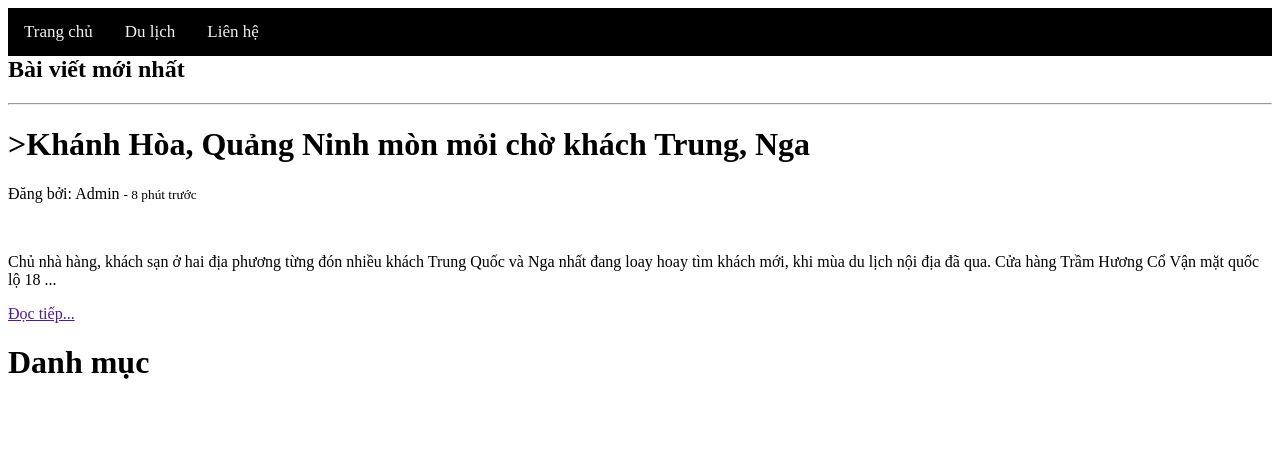
Repository: Lehuyhuynh/BTH2-CSS
Page: BTH3/BTH4/index.html
An editor plug-in stored every save of this project. The page is shown before and after a run of saves, followed by the edit.
The browser window is 1280 px wide. The pictures show the whole page.

Above is the page before, as saved 2023-08-11 16:50:58.

After the next 7 saves:
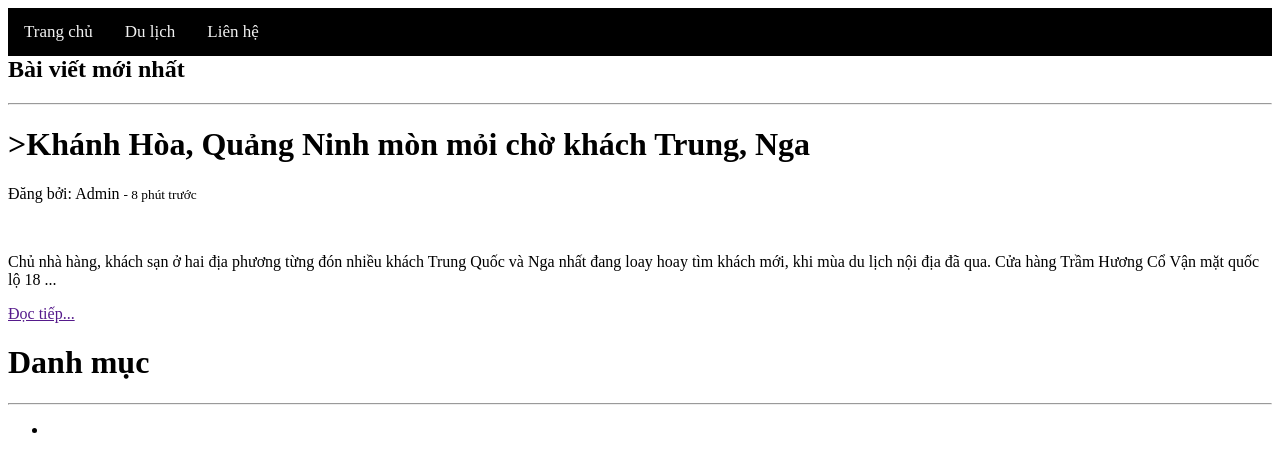
The 7 saves are shown as one change because they came seconds apart.
The last was saved 21 s later.
--- a/BTH3/BTH4/index.html
+++ b/BTH3/BTH4/index.html
@@ -32,7 +32,10 @@
 
       <div class="list">
         <h1>Danh  mục</h1>
-
+        <hr class="hr">
+        <ul>
+          <li></li>
+        </ul>
       </div>
     </div>
 
